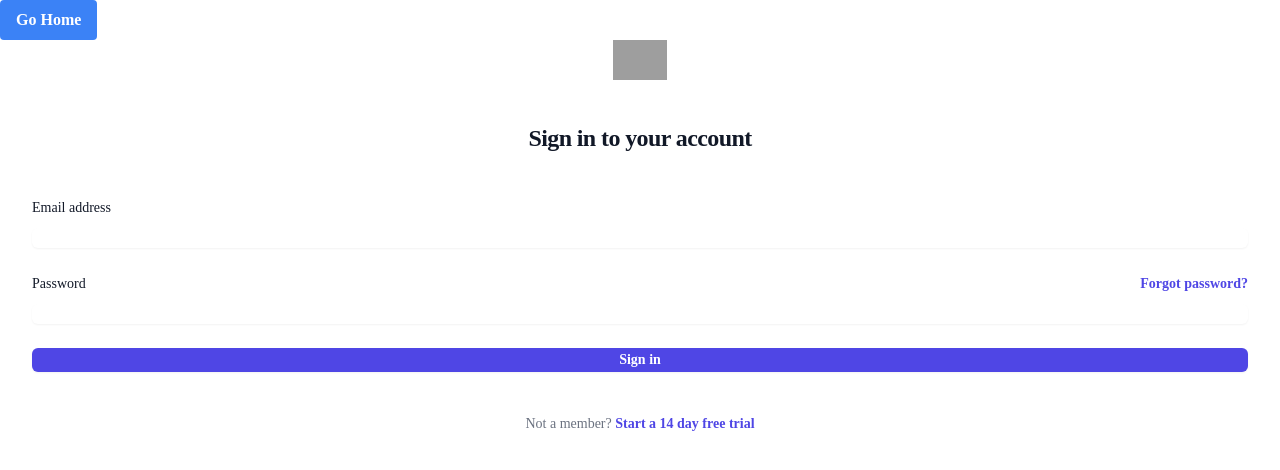
Repository: Gunplay/Smart-Home
Page: /sign-in
The author's editor kept a copy of each file at every save. The page is drawn from the files as they stood at one save, then again after the next save.
The browser window is 1280 px wide. The pictures show the whole page.
Pictures or frames that could not be fetched are drawn as grey boxes. The project was rebuilt for these pictures with package versions that can differ from the ones it lists, and the page was loaded fresh each time. Also part of the build but not shown: vite.config.js, vite.config.ts, src/components/Form/Register/index.tsx, src/components/Page404/index.tsx.

Above is the page before, as saved 2024-07-03 13:23:14.

### index.html
<!doctype html>
<html lang="en">

<head>
  <meta charset="UTF-8" />
  <link rel="icon" type="image/svg+xml" href="./src/assets/smart-home-svgrepo-com.svg" />
  <meta name="viewport" content="width=device-width, initial-scale=1.0" />
  <title>Smart-Home</title>
  <link real='stylesheet' href='src/style.css'>
</head>

<body>
  <div id="root"></div>

  <script type="module" src="/src/main.tsx"></script>
</body>

</html>

### src/main.tsx
import React from 'react';
import ReactDOM from 'react-dom/client';
import { App } from './App.tsx';
import './css/style.css';

ReactDOM.createRoot(document.getElementById('root')!).render(
	<React.StrictMode>
		<App />
	</React.StrictMode>
);

### src/App.tsx
import { FC } from 'react';
import { RouterProvider } from 'react-router-dom';
import { router } from './components/Router/Router';

export const App: FC = () => <RouterProvider router={router} />;

### src/components/Router/Router.tsx
import { createBrowserRouter, RouteObject } from 'react-router-dom';
import { Home } from '../../pages';
import Register from '../Form/Register';
import SignIn from '../Form/SignIn';
import Page404 from '../Page404';

const routes: RouteObject[] = [
	{
		path: '/',
		element: <Home />,
	},
	{
		path: '/register',
		element: <Register />,
	},
	{
		path: '/sign-in',
		element: <SignIn />,
	},
	{
		path: '*', // This will match any route not matched by the above routes
		element: <Page404 />,
	},
];

export const router = createBrowserRouter(routes);

### src/components/Form/SignIn/index.tsx
import Button from '../../Button';
/*
  This example requires some changes to your config:

  ```
  // tailwind.config.js
  module.exports = {
    // ...
    plugins: [
      // ...
      require('@tailwindcss/forms'),
    ],
  }
  ```
*/

export default function SignIn() {
	return (
		<>
			{/*
        This example requires updating your template:

        ```
        <html class="h-full bg-white">
        <body class="h-full">
        ```
      */}
			<Button
				className='bg-blue-500 hover:bg-blue-700 text-white font-bold py-2 px-4 rounded'
				href='/'
			>
				Go Home
			</Button>
			<div className='flex min-h-full flex-1 flex-col justify-center px-6 py-12 lg:px-8'>
				<div className='sm:mx-auto sm:w-full sm:max-w-sm'>
					<img
						className='mx-auto h-10 w-auto'
						src='https://tailwindui.com/img/logos/mark.svg?color=indigo&shade=600'
						alt='Your Company'
					/>
					<h2 className='mt-10 text-center text-2xl font-bold leading-9 tracking-tight text-gray-900'>
						Sign in to your account
					</h2>
				</div>

				<div className='mt-10 sm:mx-auto sm:w-full sm:max-w-sm'>
					<form className='space-y-6' action='#' method='POST'>
						<div>
							<label
								htmlFor='email'
								className='block text-sm font-medium leading-6 text-gray-900'
							>
								Email address
							</label>
							<div className='mt-2'>
								<input
									id='email'
									name='email'
									type='email'
									autoComplete='email'
									required
									className='block w-full rounded-md border-0 py-1.5 text-gray-900 shadow-sm ring-1 ring-inset ring-gray-300 placeholder:text-gray-400 focus:ring-2 focus:ring-inset focus:ring-indigo-600 sm:text-sm sm:leading-6'
								/>
							</div>
						</div>

						<div>
							<div className='flex items-center justify-between'>
								<label
									htmlFor='password'
									className='block text-sm font-medium leading-6 text-gray-900'
								>
									Password
								</label>
								<div className='text-sm'>
									<a
										href='#'
										className='font-semibold text-indigo-600 hover:text-indigo-500'
									>
										Forgot password?
									</a>
								</div>
							</div>
							<div className='mt-2'>
								<input
									id='password'
									name='password'
									type='password'
									autoComplete='current-password'
									required
									className='block w-full rounded-md border-0 py-1.5 text-gray-900 shadow-sm ring-1 ring-inset ring-gray-300 placeholder:text-gray-400 focus:ring-2 focus:ring-inset focus:ring-indigo-600 sm:text-sm sm:leading-6'
								/>
							</div>
						</div>

						<div>
							<button
								type='submit'
								className='flex w-full justify-center rounded-md bg-indigo-600 px-3 py-1.5 text-sm font-semibold leading-6 text-white shadow-sm hover:bg-indigo-500 focus-visible:outline focus-visible:outline-2 focus-visible:outline-offset-2 focus-visible:outline-indigo-600'
							>
								Sign in
							</button>
						</div>
					</form>

					<p className='mt-10 text-center text-sm text-gray-500'>
						Not a member?{' '}
						<a
							href='#'
							className='font-semibold leading-6 text-indigo-600 hover:text-indigo-500'
						>
							Start a 14 day free trial
						</a>
					</p>
				</div>
			</div>
		</>
	);
}

### src/components/Button/index.tsx
import React, { useRef } from 'react';

interface ButtonProps {
	className?: string; // Optional className for custom styling
	href?: string; // Optional URL for navigation
	children?: React.ReactNode; // Optional child elements for button content
	onClick?: React.MouseEventHandler<HTMLButtonElement> | undefined; // Optional onClick handler
}

const Button: React.FC<ButtonProps> = ({
	className,
	href,
	children = 'Button Text',
	onClick,
}) => {
	const buttonRef = useRef<HTMLButtonElement>(null);

	const handleClick = (event: React.MouseEvent<HTMLButtonElement>) => {
		if (href) {
			window.location.href = href;
		}
		if (onClick) {
			onClick(event);
		}
	};

	return (
		<button className={className} ref={buttonRef} onClick={handleClick}>
			{children}
		</button>
	);
};

export default Button;

Loaded but not shown: src/css/style.css (1876 lines, source omitted); src/pages/index.js (no copy from this time; the picture is the same without it)

After the next save:
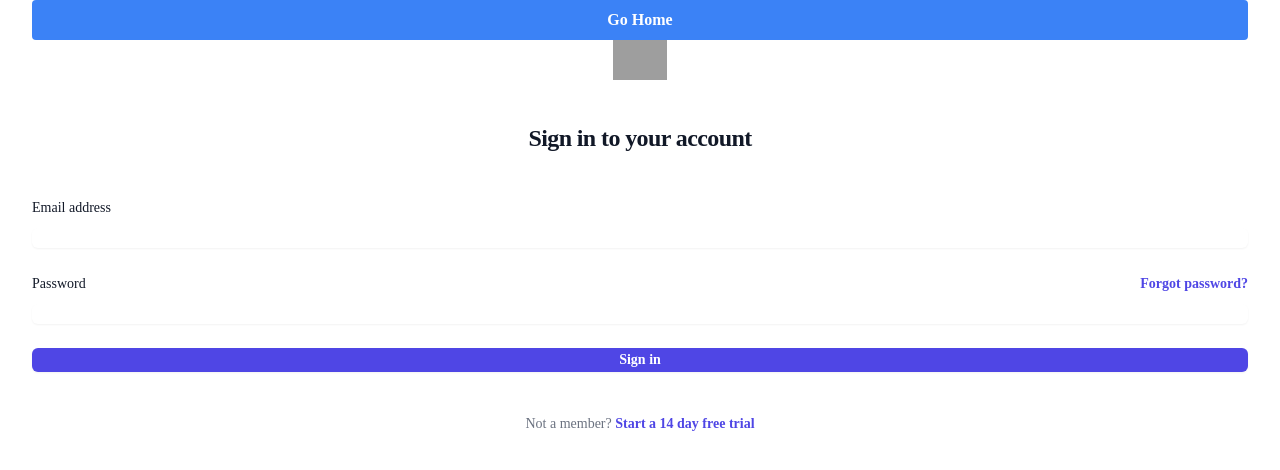
Saved 18 s later.
--- a/src/components/Form/SignIn/index.tsx
+++ b/src/components/Form/SignIn/index.tsx
@@ -25,13 +25,13 @@ export default function SignIn() {
         <body class="h-full">
         ```
       */}
-			<Button
-				className='bg-blue-500 hover:bg-blue-700 text-white font-bold py-2 px-4 rounded'
-				href='/'
-			>
-				Go Home
-			</Button>
 			<div className='flex min-h-full flex-1 flex-col justify-center px-6 py-12 lg:px-8'>
+				<Button
+					className='bg-blue-500 hover:bg-blue-700 text-white font-bold py-2 px-4 rounded'
+					href='/'
+				>
+					Go Home
+				</Button>
 				<div className='sm:mx-auto sm:w-full sm:max-w-sm'>
 					<img
 						className='mx-auto h-10 w-auto'
